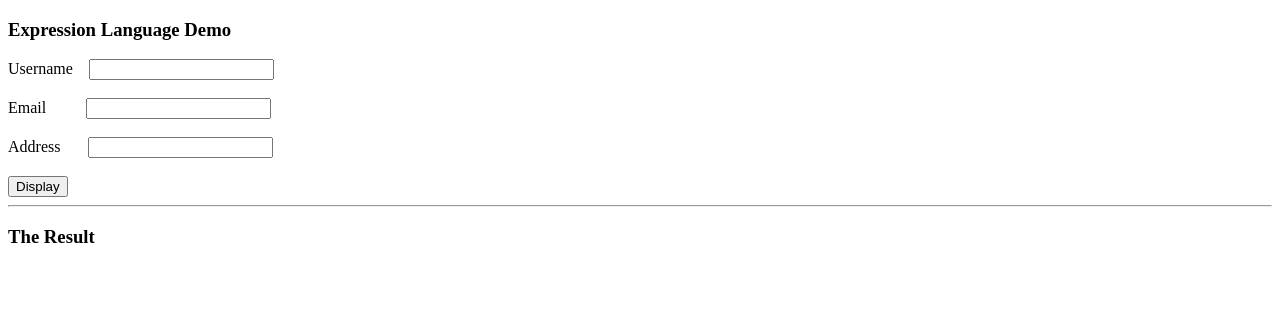
Repository: hnineiphyu-128/JavaEE_Exeercise_Lession
Page: http://localhost/05-EL/
An editor plug-in stored every save of this project. The page is shown before and after the next save, followed by the edit.
The browser window is 1280 px wide. The pictures show the whole page.
The page is served by Tomcat 9.

Above is the page before, as saved 2020-12-18 09:19:00.

After the next save:
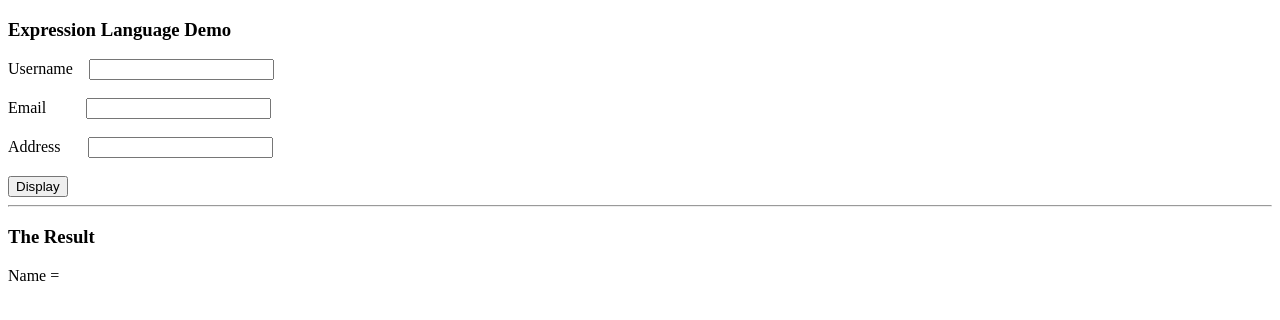
Saved 2 min 39 s later.
--- a/05-EL/src/main/webapp/index.jsp
+++ b/05-EL/src/main/webapp/index.jsp
@@ -10,12 +10,7 @@
 
 	<h3>Expression Language Demo</h3>
 	<%-- <label>1+2 = ${1+2}</label> --%>
-	<%
-		String username = request.getParameter("username");
-		String email = request.getParameter("email");
-		String address = request.getParameter("address");
 
-	%>
 
 	<form action="" method="">
 		<label for="username"> Username &nbsp;&nbsp;</label>
@@ -31,6 +26,8 @@
 
 	<h3> The Result </h3>
 
+	Name = ${param.username }
+
 
 
 
